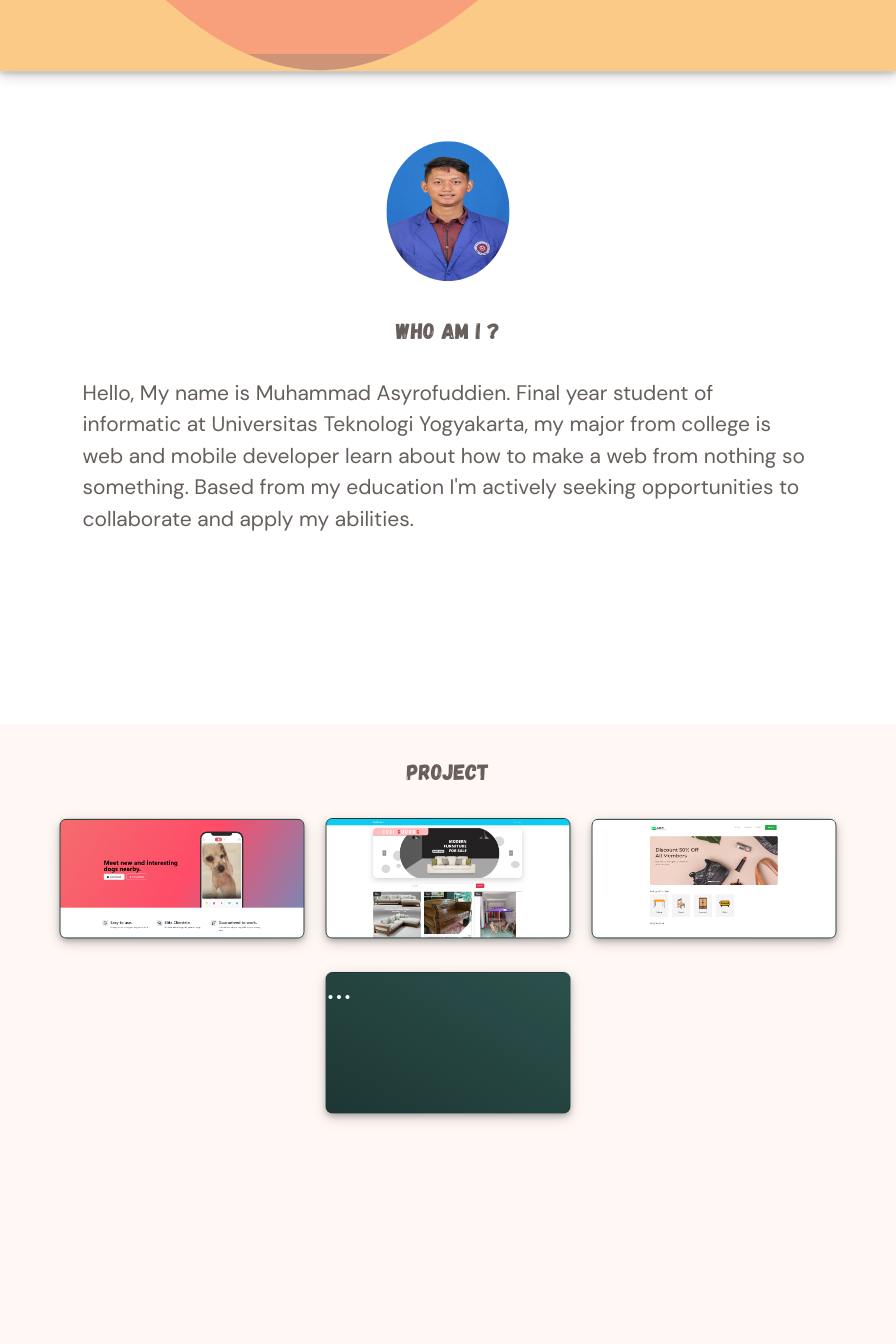
Repository: zetta-muhammad-asyrofuddien/Html-Css-ZettaCAmp
Page: Day1/Portofolio/index.html
These files come from the project's save history. The page is drawn as it stood at one moment and after the next save; the edit follows.
The browser window is 1280 px wide. The pictures show the part of the page from y = 834 to 2754 px (the page is 2754 px tall), at 70% of full size.

Above is the page before, as saved 2023-07-07 02:21:07.

### Day1/Portofolio/index.html
<!DOCTYPE html>
<html lang="en">
  <head>
    <meta charset="utf-8" />
    <meta name="viewport" content="width=device-width, initial-scale=1" />
    <title>Portofolio Asyrof</title>
    <link href="https://cdn.jsdelivr.net/npm/bootstrap@5.2.3/dist/css/bootstrap.min.css" rel="stylesheet" integrity="sha384-rbsA2VBKQhggwzxH7pPCaAqO46MgnOM80zW1RWuH61DGLwZJEdK2Kadq2F9CUG65" crossorigin="anonymous" />
    <link rel="stylesheet" href="https://cdn.jsdelivr.net/npm/bootstrap@4.6.2/dist/css/bootstrap.min.css" integrity="sha384-xOolHFLEh07PJGoPkLv1IbcEPTNtaed2xpHsD9ESMhqIYd0nLMwNLD69Npy4HI+N" crossorigin="anonymous" />
    <link rel="stylesheet" type="text/css" href="./syle.css" />
  </head>
  <body>
    <!-- NAVBAR -->
    <section class="N">
      <div class="container">
        <nav class="navbar navbar-expand-lg">
          <div class="container-fluid">
            <button class="navbar-toggler" type="button" data-bs-toggle="collapse" data-bs-target="#navbarNav" aria-controls="navbarNav" aria-expanded="false" aria-label="Toggle navigation">
              <span class="navbar-toggler-icon"></span>
            </button>
            <div class="collapse navbar-collapse" id="navbarNav">
              <ul class="navbar-nav mx-auto">
                <li class="nav-item">
                  <a class="nav-link" aria-current="page" href="#">A b o u t</a>
                </li>
                <li class="nav-item">
                  <a class="nav-link" href="#">P r o j e c t</a>
                </li>
                <li class="nav-item">
                  <a class="nav-link" href="#">C o n t a c t</a>
                </li>
              </ul>
            </div>
          </div>
        </nav>
      </div>
    </section>
    <!-- Akhir Navbar -->

    <!-- Jumbotron -->
    <div class="jumbotron jumbotron-fluid text-align-center">
      <div class="container">
        <h1 class="display-3 nama">I'm Asyrofuddien</h1>
        <p class="lead job">Web Developer & UI/UX Desainer.</p>
        <a class="btn btn-primary see" href="">YOU CAN SEE ME</a>
      </div>
    </div>
    <!-- Akhir Jumbotron -->

    <!-- About -->
    <div class="container mb-5 py-auto about">
      <div class="d-flex align-items-center about-kanan text-center">
        <div class="row align-items-center">
          <img class="foto" src="./asset/img/foto.jpeg" alt="" />
          <h2 class="mb-5" style="color: #665e5a">WHO AM I ?</h2>
          <p class="deskripsi-saya px-5 text-left">
            Hello, My name is Muhammad Asyrofuddien. Final year student of informatic at Universitas Teknologi Yogyakarta, my major from college is web and mobile developer learn about how to make a web from nothing so something. Based from
            my education I'm actively seeking opportunities to collaborate and apply my abilities.
          </p>
        </div>
      </div>
    </div>
    <!-- Akhir About -->
    <!-- Project -->
    <section class="project">
      <h2 class="text-center pt-5">Project</h2>
      <div class="container mt-5">
        <div class="row">
          <div class="col-4 d-flex align-items-center">
            <div class="card text-bg-dark" style="height: auto">
              <a href="https://asyrofuddien.github.io/capstone-ThinDog/"><span class="circle"></span></a>
              <img src="./asset/img/thindog.png" class="card-img" alt="..." />
              <div class="card-img-overlay text-center d-flex align-items-center">
                <p class="card-text">Capstone Project Form Udemy</p>
              </div>
            </div>
          </div>
          <div class="col-4 d-flex align-items-center">
            <div class="card text-bg-dark" style="height: auto">
              <a href="https://asyrofuddien.github.io/capstone-ThinDog/"><span class="circle"></span></a>
              <img src="./asset/img/Kameubel1.png" class="card-img" alt="..." />
              <div class="card-img-overlay text-center d-flex align-items-center">
                <p class="card-text">K a m e u b e l (Seminar Tematik)</p>
              </div>
            </div>
          </div>
          <div class="col-4 d-flex align-items-center">
            <div class="card text-bg-dark" style="height: auto">
              <a href="https://asyrofuddien.github.io/capstone-ThinDog/"><span class="circle"></span></a>
              <img src="./asset/img/kameubel2.png" class="card-img" alt="..." />
              <div class="card-img-overlay text-center d-flex align-items-center">
                <p class="card-text">K a m e u b e l (Tugas Akhir)</p>
              </div>
            </div>
          </div>
        </div>
        <div class="row mt-5">
          <div class="col-4 d-flex align-items-center"></div>
          <div class="col-4 d-flex align-items-center">
            <div class="card text-bg-dark" style="height: auto">
              <a href="https://asyrofuddien.github.io/capstone-ThinDog/"><span class="circle"></span></a>
              <span class="commingsoon text-center"><h1 class="d-flex">...</h1></span>
              <div class="card-img-overlay text-center d-flex align-items-center">
                <p class="card-text">COMING SOON</p>
              </div>
            </div>
          </div>
          <div class="col-4 d-flex align-items-center"></div>
        </div>
      </div>
    </section>
    <!-- Akhir Project -->
    <script src="https://cdn.jsdelivr.net/npm/@popperjs/core@2.11.6/dist/umd/popper.min.js" integrity="sha384-oBqDVmMz9ATKxIep9tiCxS/Z9fNfEXiDAYTujMAeBAsjFuCZSmKbSSUnQlmh/jp3" crossorigin="anonymous"></script>
    <script src="https://cdn.jsdelivr.net/npm/bootstrap@5.2.3/dist/js/bootstrap.min.js" integrity="sha384-cuYeSxntonz0PPNlHhBs68uyIAVpIIOZZ5JqeqvYYIcEL727kskC66kF92t6Xl2V" crossorigin="anonymous"></script>
  </body>
</html>

### Day1/Portofolio/syle.css
@font-face {
  font-family: Gagalin;
  src: url(./asset/font/Gagalin-Regular.otf);
}
@font-face {
  font-family: Shrikhand;
  src: url(./asset/font/Shrikhand-Regular.ttf);
}
@font-face {
  font-family: dmSans;
  src: url(./asset/font/DMSans-Regular.ttf);
}
/* UMUM */
.N {
  background-color: #cf9378;
  margin-bottom: 0;
}
.navbar-brand {
  font-family: Gagalin;
}
.navbar {
  border: none;
}
.nav-link {
  font-family: Gagalin;
  color: white;
  margin-right: 20px;
}

.jumbotron {
  background-image: url(./asset/img/wave.svg);
  background-size: cover;
  height: 885px;
  margin-top: -5px;
  margin-bottom: 0;
  border: none;
  text-align: center;
  box-shadow: 0 4px 8px 0 rgba(0, 0, 0, 0.2), 0 6px 20px 0 rgba(0, 0, 0, 0.19);
}

.nama {
  font-family: Shrikhand;
  color: white;
  text-align: center;
  margin-top: 150px;
  text-shadow: 2px 2px #fcca87;
}

.job {
  font-family: Shrikhand;
  color: #665e5a;
  text-align: center;
}
.see {
  background-color: #f89f7b;
  border-color: white;
  color: #fcca87;
  font-family: Shrikhand;
}
.see:hover {
  background-color: #665e5a;
  border-color: #fcca87;
}
h2.about {
  font-family: Gagalin;
}
section.who {
  background-color: #fff9f7;
  margin-top: 0%;
}
.about {
  height: 885px;
}
.about-kiri {
  border-radius: 0 10% 10% 0;
  text-shadow: 2px 2px #fcca87;
}
.about-kanan {
  font-family: Gagalin;
  text-align: center;
}
.deskripsi-saya {
  font-family: dmSans;
  font-size: 30px;
  margin-right: 20px;
  color: #665e5a;
}
.nav-link:hover::after {
  content: '';
  display: block;
  border-bottom: 3px solid #fcca87;
  width: 50%;
  margin: auto;
}
.foto {
  border-radius: 50%;
  height: 200px;
  width: 200px;
  align-items: center;
  margin: 0 auto;
  margin-top: 100px;
  margin-bottom: 50px;
}
.project {
  background-color: #fff8f5;
}
.project h2 {
  font-family: Gagalin;
  color: #665e5a;
}
.project {
  height: 885px;
}
.card {
  height: 200px;
  width: 350px;
  background-image: linear-gradient(to right top, #1d3634, #2c514c);
  border-radius: 10px;
  overflow: hidden;
  position: relative;
  cursor: pointer;
  box-shadow: 0 4px 8px 0 rgba(0, 0, 0, 0.2), 0 6px 20px 0 rgba(0, 0, 0, 0.19);
}

.card .circle {
  position: absolute;
  height: 0;
  width: 0;
  background-color: #000000;
  opacity: 0.5;
  top: -60px;
  right: -60px;
  transition: all 0.5s;
}

.card:hover {
  transform: scale(1.1);
  transition: all 0.5s;
}
.card:hover .circle {
  height: 300px;
  width: 450px;
}
.card-img-overlay {
  opacity: 0;
  color: #ffffff;
  font-family: Shrikhand;
}
.card-img-overlay:hover {
  opacity: 100%;
  transition: all 0.5s;
}
.commingsoon {
  height: 200px;
}
/* DESKTOP VERSION */
@media (min-width: 992px) {
  /* Navbar */
}

### Day1/Portofolio/asset/img/wave.svg
<svg xmlns="http://www.w3.org/2000/svg" xmlns:xlink="http://www.w3.org/1999/xlink" width="1700" zoomAndPan="magnify" viewBox="0 0 1350 576" height="768" preserveAspectRatio="xMidYMid meet" version="1.0"><defs><clipPath id="88280995c8"><path d="M 0 269.25 L 1350 269.25 L 1350 576 L 0 576 Z M 0 269.25 " clip-rule="nonzero"/></clipPath></defs><rect x="-135" width="1620" fill="#ffffff" y="-57.6" height="691.2" fill-opacity="1"/><rect x="-135" width="1620" fill="#ffffff" y="-57.6" height="691.2" fill-opacity="1"/><rect x="-135" width="1620" fill="#cf9378" y="-57.6" height="691.2" fill-opacity="1"/><g clip-path="url(#88280995c8)"><path fill="#f89f7b" d="M 1413.945312 766.777344 L 1413.945312 429.453125 C 1392.21875 457.429688 1362.003906 480.527344 1328.867188 472.859375 C 1310.898438 468.695312 1296.257812 455.992188 1282.980469 443.210938 C 1245.734375 407.332031 1212.539062 367.136719 1172.433594 334.488281 C 1132.328125 301.84375 1083.167969 276.609375 1031.457031 277.875 C 979.046875 279.15625 931.078125 307.195312 889.472656 339.082031 C 847.867188 370.96875 809.414062 407.820312 762.789062 431.769531 C 700.933594 463.539062 626.5625 470.058594 560.113281 449.53125 C 452.628906 416.339844 374.265625 319.257812 267.050781 285.226562 C 230.175781 273.535156 191.179688 269.78125 152.492188 269.9375 C 121.945312 270.050781 90.679688 272.757812 62.820312 285.265625 C 29.9375 300.035156 4.472656 327.175781 -25.199219 347.640625 C -36.84375 355.675781 -50.003906 362.664062 -63.632812 367.253906 L -63.632812 766.796875 L 1413.945312 766.796875 Z M 1413.945312 766.777344 " fill-opacity="1" fill-rule="nonzero"/></g><path fill="#fcca87" d="M 1287.496094 584.535156 C 1259.617188 597.046875 1228.367188 599.75 1197.820312 599.867188 C 1159.136719 600.023438 1120.140625 596.289062 1083.265625 584.574219 C 976.050781 550.546875 897.6875 453.460938 790.199219 420.269531 C 723.753906 399.746094 649.378906 406.28125 587.527344 438.035156 C 540.898438 461.984375 502.449219 498.832031 460.84375 530.722656 C 419.238281 562.609375 371.265625 590.644531 318.855469 591.929688 C 267.144531 593.195312 217.988281 567.980469 177.882812 535.3125 C 137.773438 502.667969 104.582031 462.46875 67.335938 426.59375 C 54.058594 413.792969 39.417969 401.085938 21.449219 396.945312 C -11.6875 389.277344 -41.902344 412.371094 -63.632812 440.347656 L -63.632812 766.777344 L 1413.925781 766.777344 L 1413.925781 502.570312 C 1400.296875 507.160156 1387.136719 514.144531 1375.496094 522.179688 C 1345.84375 542.648438 1320.378906 569.769531 1287.496094 584.535156 Z M 1287.496094 584.535156 " fill-opacity="1" fill-rule="nonzero"/></svg>

After the next save:
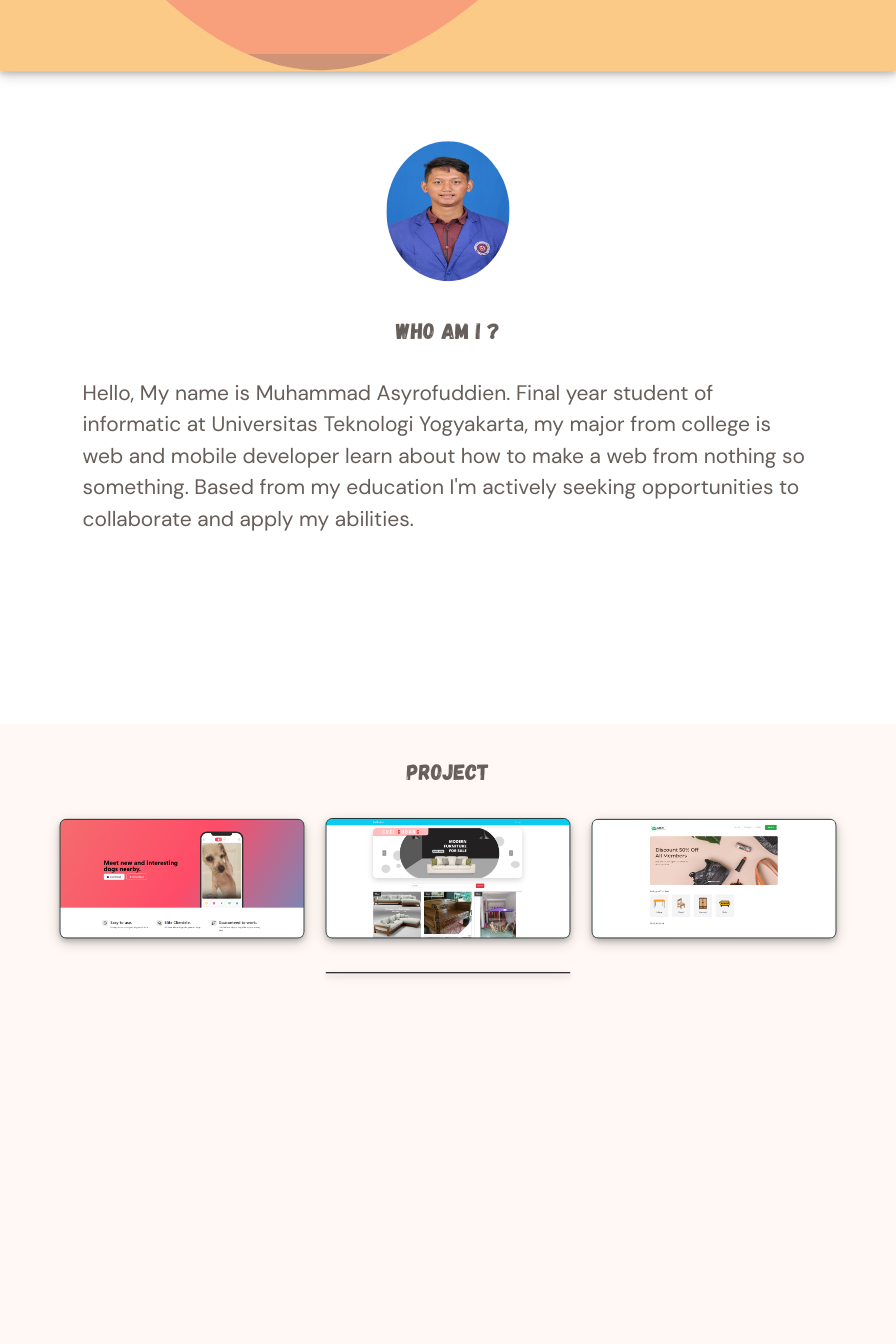
Saved 93 s later.
--- a/Day1/Portofolio/index.html
+++ b/Day1/Portofolio/index.html
@@ -98,8 +98,9 @@
           <div class="col-4 d-flex align-items-center">
             <div class="card text-bg-dark" style="height: auto">
               <a href="https://asyrofuddien.github.io/capstone-ThinDog/"><span class="circle"></span></a>
-              <span class="commingsoon text-center"><h1 class="d-flex">...</h1></span>
+
               <div class="card-img-overlay text-center d-flex align-items-center">
+                <span class="commingsoon text-center"><h1 class="d-flex">...</h1></span>
                 <p class="card-text">COMING SOON</p>
               </div>
             </div>

After the 2 saves that followed:
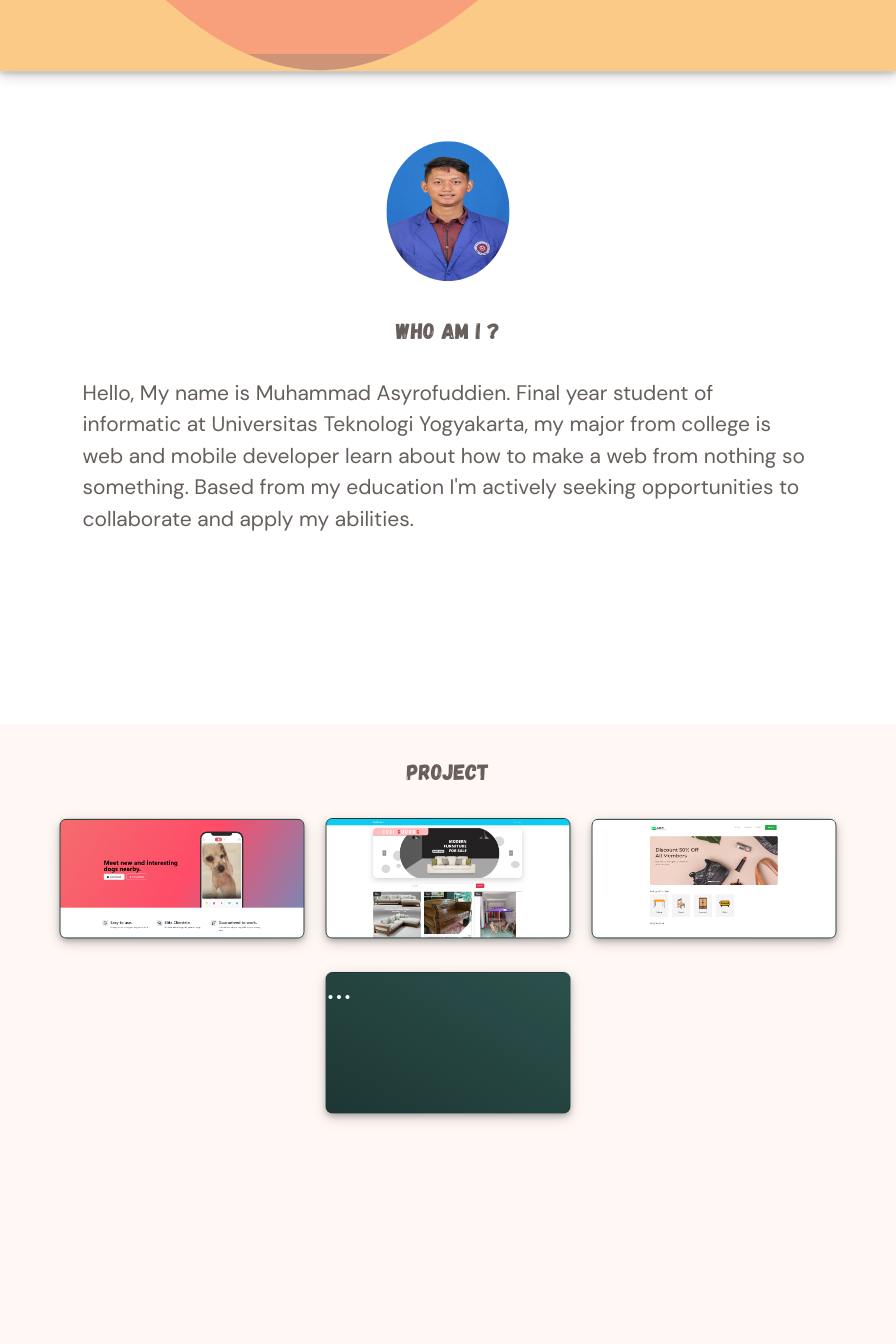
The 2 saves are shown as one change because 1 left the picture as it was.
The last was saved 12 s later.
--- a/Day1/Portofolio/index.html
+++ b/Day1/Portofolio/index.html
@@ -98,9 +98,8 @@
           <div class="col-4 d-flex align-items-center">
             <div class="card text-bg-dark" style="height: auto">
               <a href="https://asyrofuddien.github.io/capstone-ThinDog/"><span class="circle"></span></a>
-
+              <span class="commingsoon text-center"><h1 class="d-flex">...</h1></span>
               <div class="card-img-overlay text-center d-flex align-items-center">
-                <span class="commingsoon text-center"><h1 class="d-flex">...</h1></span>
                 <p class="card-text">COMING SOON</p>
               </div>
             </div>
